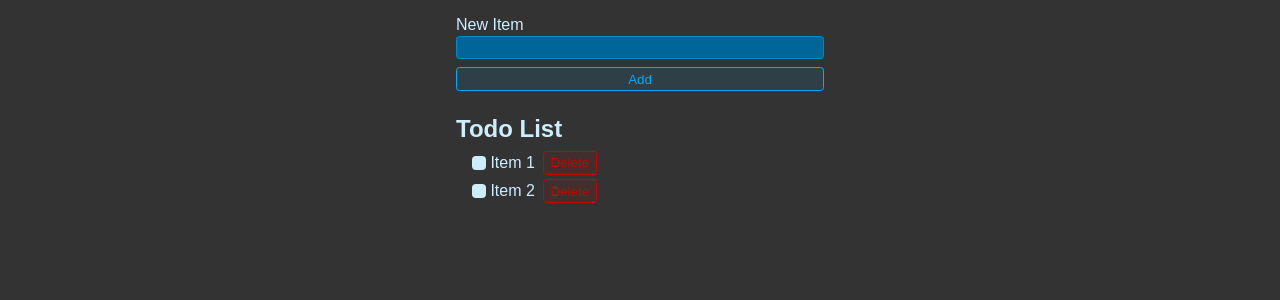
Repository: mix060514/react-bilibili-tutorial
Page: /
An editor plug-in stored every save of this project. The page is shown before and after a run of saves, followed by the edit.
The browser window is 1280 px wide. The pictures show the whole page.
The project was rebuilt for these pictures with package versions that can differ from the ones it lists, and the page was loaded fresh each time. Also part of the build but not shown: vite.config.js.

Above is the page before, as saved 2023-12-03 22:19:57.

After the next 2 saves:
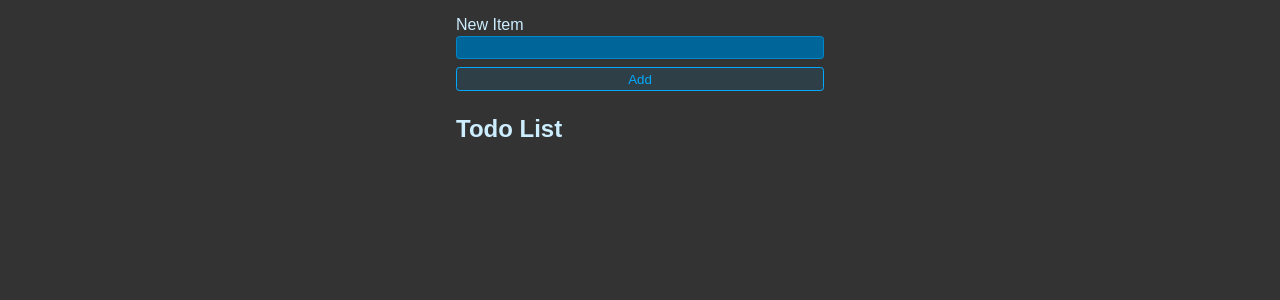
The 2 saves are shown as one change because 1 did not build or start.
The last was saved 3 min 46 s later.
--- a/src/App.jsx
+++ b/src/App.jsx
@@ -28,18 +28,14 @@ export default function App() {
       <h1 className="header">Todo List</h1>
 
       <ul className="list">
-        <li>
-          <label>
-            <input type="checkbox" /> Item 1
-          </label>
-          <button className="btn btn-danger">Delete</button>
-        </li>
-        <li>
-          <label>
-            <input type="checkbox" /> Item 2
-          </label>
-          <button className="btn btn-danger">Delete</button>
-        </li>
+        {todos.map((todo) => (
+          <li>
+            <label>
+              <input type="checkbox" checked={todo.completed} /> {todo.title}
+            </label>
+            <button className="btn btn-danger">Delete</button>
+          </li>
+        ))}
       </ul>
     </>
   )
